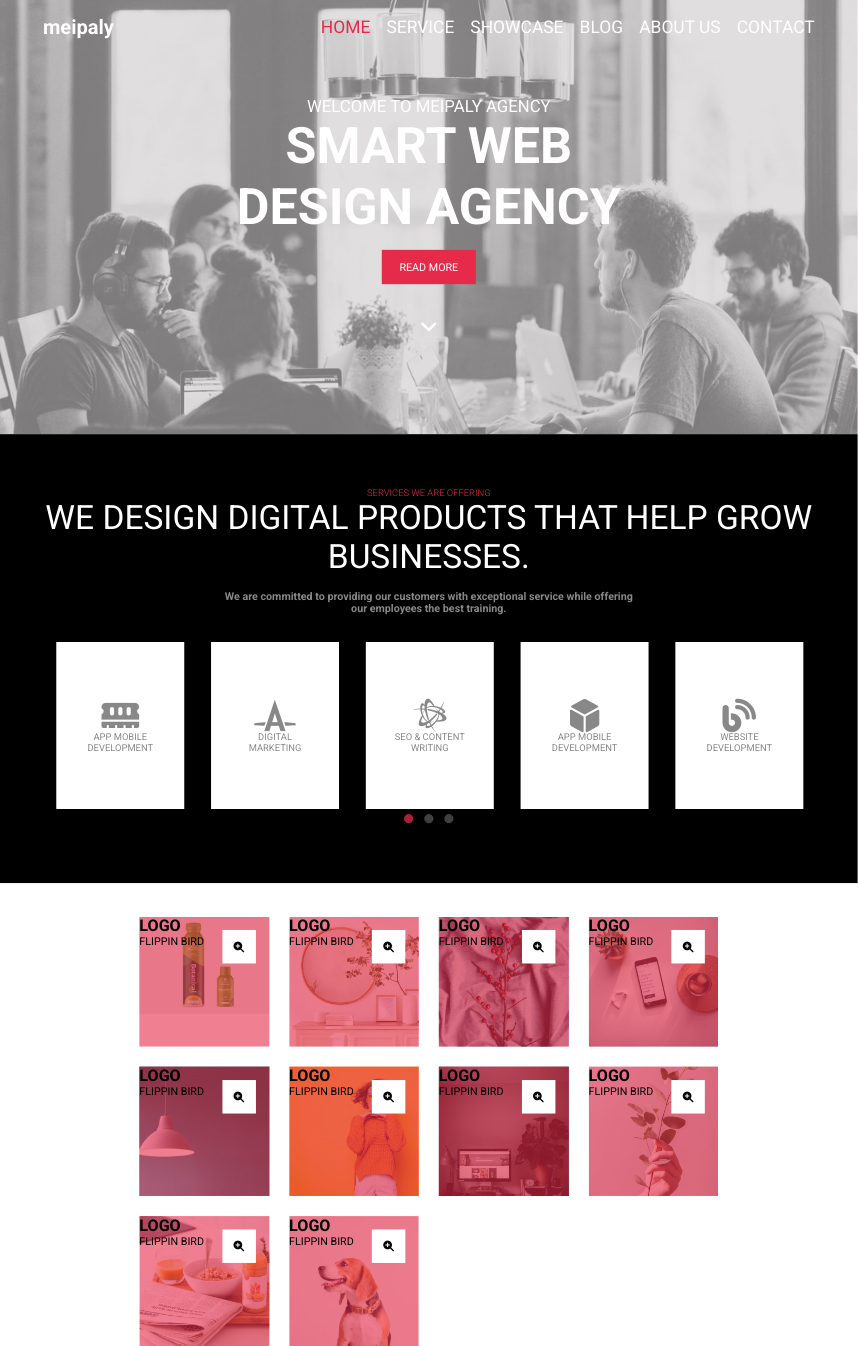
Repository: ducdatit2002/meipaly
Page: index.html
An editor plug-in stored every save of this project. The page is shown before and after the next save, followed by the edit.
The browser window is 1280 px wide. The pictures show the whole page, at 67% of full size.

Above is the page before, as saved 2023-07-17 19:34:33.

After the next save:
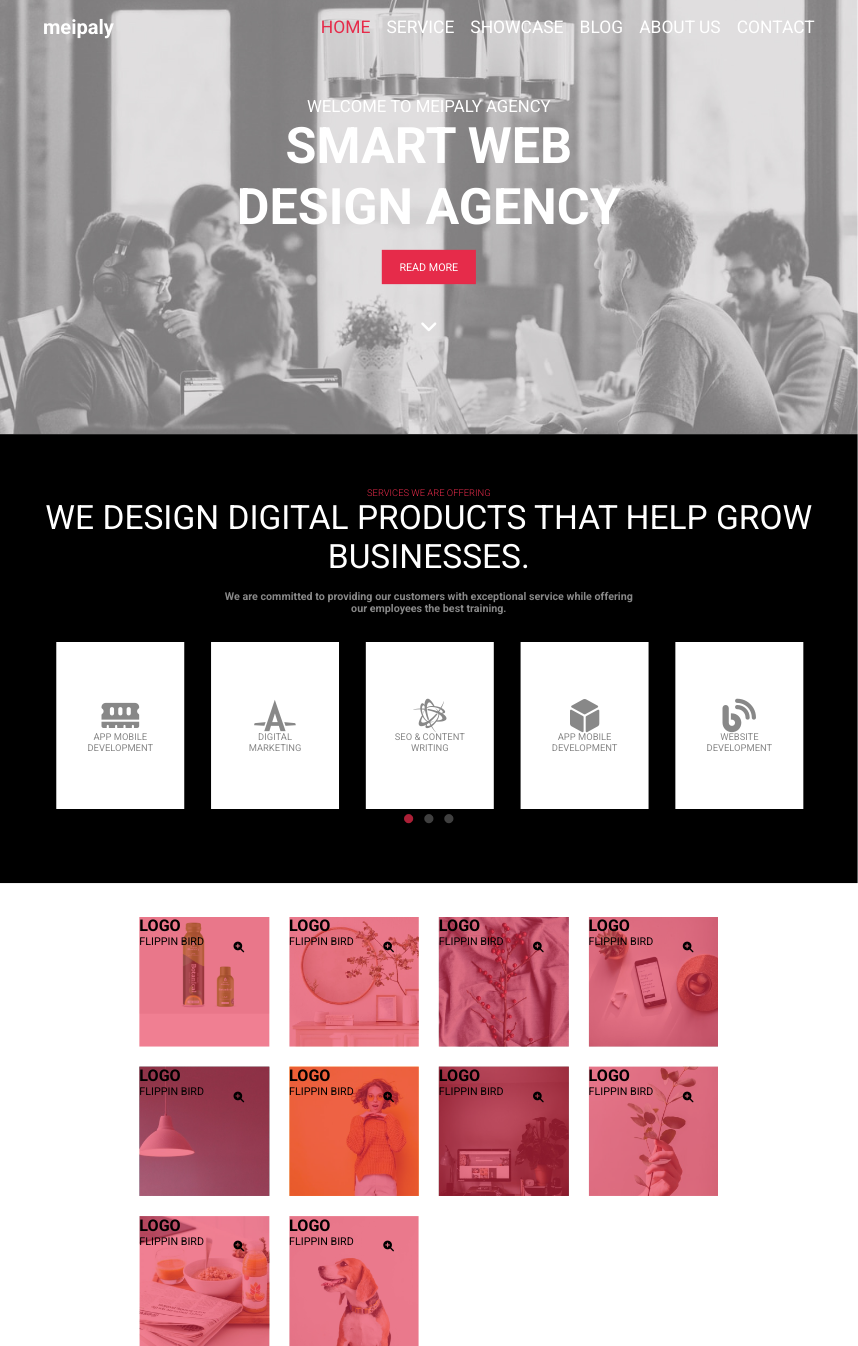
Saved 20 s later.
--- a/index.css
+++ b/index.css
@@ -202,6 +202,7 @@
     right: 20px;
     width: 50px;
     height: 50px;
+    fo
     background: white  ;
     color: #000;
     display: flex;

After the save that followed:
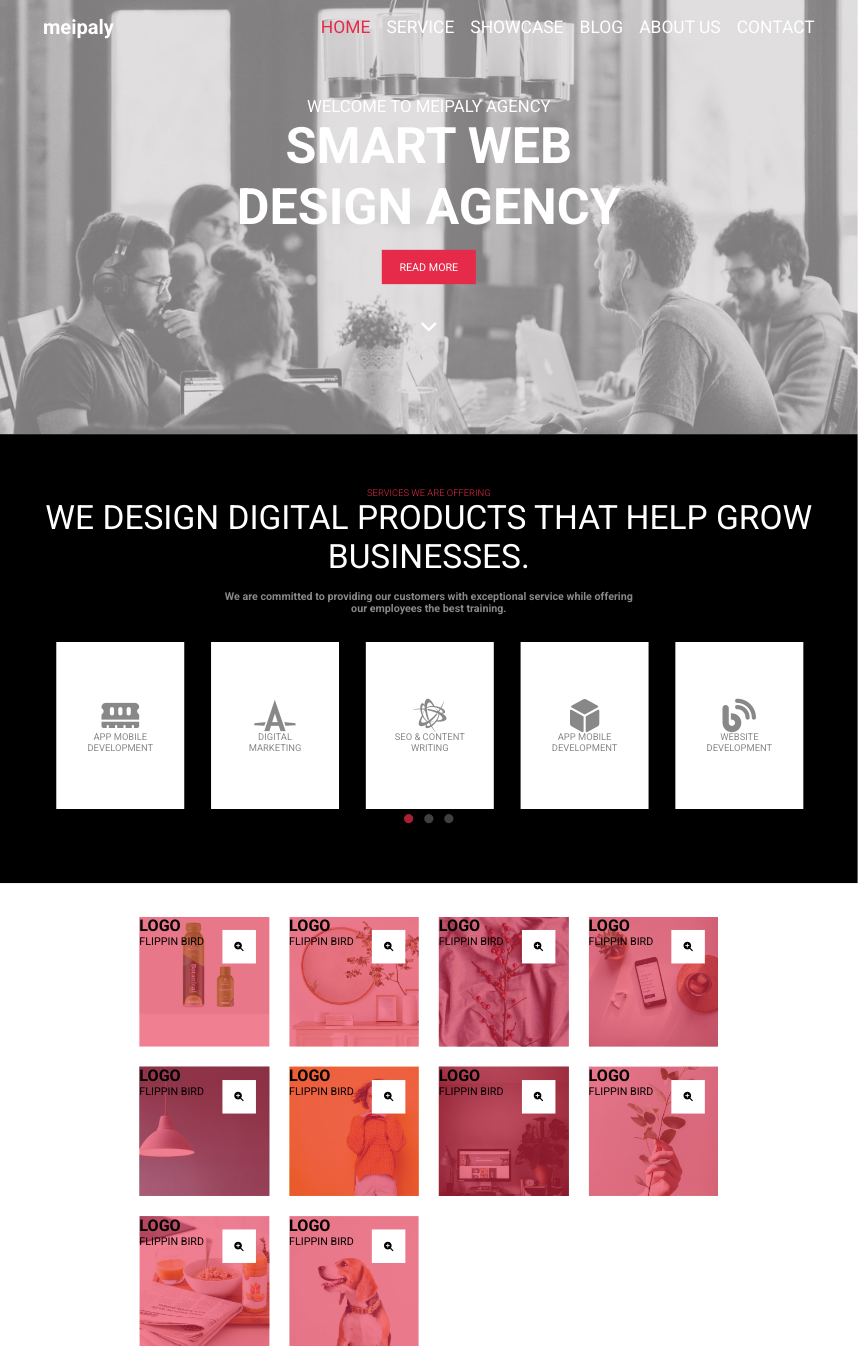
Saved 4 s later.
--- a/index.css
+++ b/index.css
@@ -202,7 +202,7 @@
     right: 20px;
     width: 50px;
     height: 50px;
-    fo
+    font-size: 14px;
     background: white  ;
     color: #000;
     display: flex;
